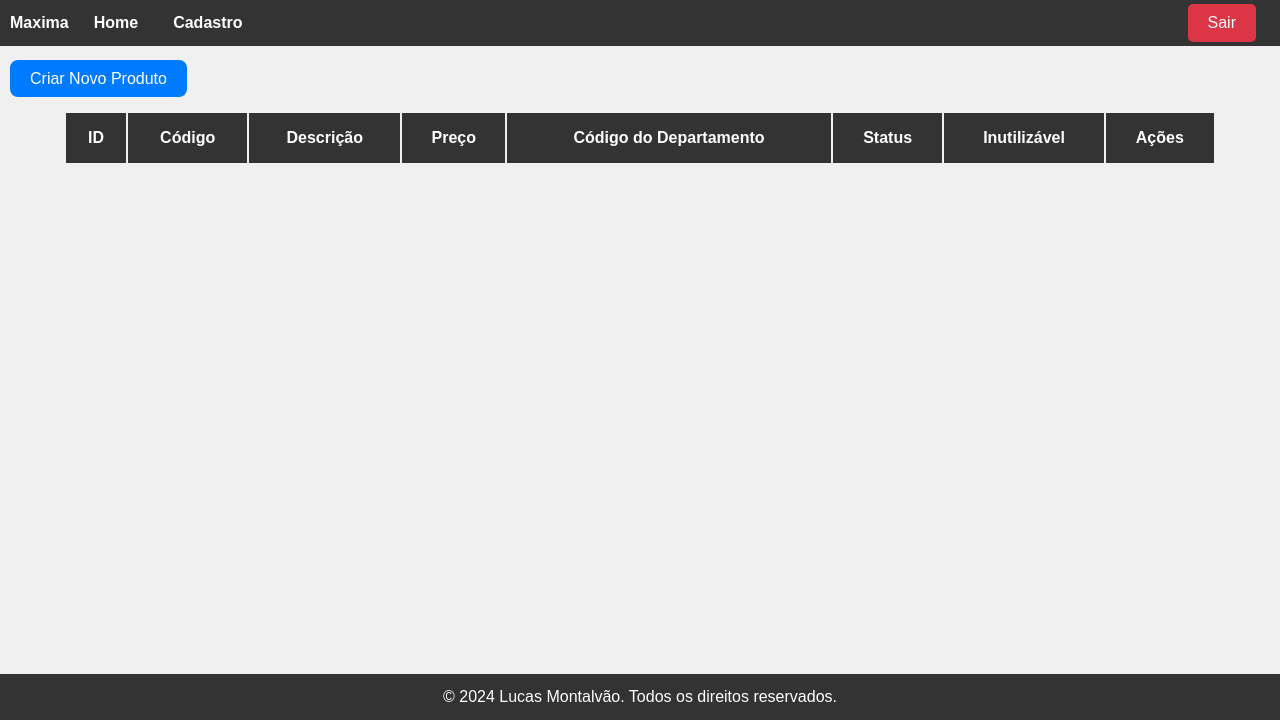
Repository: LucasMontalvao1/ProjetoMaxima
Page: /produto (app in AngularMaxima/)
An editor plug-in stored every save of this project. The page is shown before and after the next save, followed by the edit.
The browser window is 1280 px wide. The pictures show the whole page.
The page's requests for data from a server got no answer. The project was rebuilt for these pictures with package versions that can differ from the ones it lists, and the page was loaded fresh each time. No one was signed in, and anything a server would have sent is missing. Also part of the build but not shown: AngularMaxima/angular.json, AngularMaxima/src/app/pages/login/login.component.ts, AngularMaxima/src/app/pages/home/home.component.ts.

Above is the page before, as saved 2024-07-14 20:24:39.

### AngularMaxima/src/index.html
<!doctype html>
<html lang="en">
<head>
  <meta charset="utf-8">
  <title>AngularMaxima</title>
  <base href="/">
  <meta name="viewport" content="width=device-width, initial-scale=1">
  <link rel="icon" type="image/x-icon" href="favicon.ico">
</head>
<body>
  <app-root></app-root>
</body>
</html>

### AngularMaxima/src/styles.css
* {
  margin: 0;
  padding: 0;
  box-sizing: border-box;
}

body {
  font-family: Arial, sans-serif;
  background-color: #f0f0f0;
  font-size: 16px;
  line-height: 1.6;
}

.container {
  display: flex;
  flex-direction: column;
  justify-content: space-between;
  min-height: 100vh;
}

### AngularMaxima/src/app/app.module.ts
import { NgModule } from '@angular/core';
import { BrowserModule } from '@angular/platform-browser';

import { AppRoutingModule } from './app-routing.module';
import { AppComponent } from './app.component';
import { LoginComponent } from './pages/login/login.component';
import { ReactiveFormsModule } from '@angular/forms';
import { HttpClientModule } from '@angular/common/http';
import { AuthService } from './services/auth.service';
import { HomeComponent } from './pages/home/home.component';
import { MenuComponent } from './layout/menu/menu.component';
import { FooterComponent } from './layout/footer/footer.component';
import { ProdutosComponent } from './pages/produto/produto.component';

@NgModule({
  declarations: [
    AppComponent,
    LoginComponent,
    HomeComponent,
    MenuComponent,
    FooterComponent,
    ProdutosComponent,

  ],
  imports: [
    BrowserModule,
    AppRoutingModule,
    ReactiveFormsModule,
    HttpClientModule
  ],
  providers: [AuthService],
  bootstrap: [AppComponent]
})
export class AppModule { }

### AngularMaxima/src/app/app-routing.module.ts
import { NgModule } from '@angular/core';
import { RouterModule, Routes } from '@angular/router';
import { LoginComponent } from './pages/login/login.component';
import { HomeComponent } from './pages/home/home.component';
import { ProdutosComponent } from './pages/produto/produto.component';

const routes: Routes = [
  { path: '', redirectTo: '/login', pathMatch: 'full'},
  { path: 'login', component: LoginComponent},
  { path: 'home', component: HomeComponent},
  { path: 'produto', component: ProdutosComponent},
  { path: 'home', component: HomeComponent},
];

@NgModule({
  imports: [RouterModule.forRoot(routes)],
  exports: [RouterModule]
})
export class AppRoutingModule { }

### AngularMaxima/src/app/app.component.ts
import { Component } from '@angular/core';

@Component({
  selector: 'app-root',
  templateUrl: './app.component.html',
  styleUrls: ['./app.component.css']
})
export class AppComponent {
  title = 'AngularMaxima';
}

### AngularMaxima/src/app/services/auth.service.ts
import { Injectable } from '@angular/core';
import { HttpClient } from '@angular/common/http';
import { Observable } from 'rxjs';
import { environment } from '../../../src/environments/environment';
import { Router } from '@angular/router';

@Injectable({
  providedIn: 'root'
})
export class AuthService {

  private apiUrl = environment.apiUrl;

  constructor(private http: HttpClient, private router: Router) { }

  login(username: string, password: string): Observable<any> {
    const body = { username, password };
    return this.http.post<any>(`${this.apiUrl}/login`, body, { responseType: 'text' as 'json' });
  }

    logout() {
    this.router.navigate(['/login']);
    }
}

### AngularMaxima/src/app/layout/menu/menu.component.ts
import { Component } from '@angular/core';
import { AuthService } from '../../services/auth.service';

@Component({
  selector: 'app-menu',
  templateUrl: './menu.component.html',
  styleUrls: ['./menu.component.css']
})
export class MenuComponent {

  constructor(private authService: AuthService) {}

  logout() {
    this.authService.logout();
  }
}

### AngularMaxima/src/app/pages/produto/produto.component.ts
// produtos.component.ts

import { Component, OnInit } from '@angular/core';
import { Produto } from '../../models/produto.model';
import { ProdutoService } from '../../services/produto.service';

@Component({
  selector: 'app-produtos',
  templateUrl: './produto.component.html',
  styleUrls: ['./produto.component.css']
})
export class ProdutosComponent implements OnInit {
  produtos: Produto[] = []; // Inicializando a propriedade produtos como um array vazio

  constructor(private produtoService: ProdutoService) { }

  ngOnInit(): void {
    this.CarregarProdutos();
  }

  CarregarProdutos(): void {
    this.produtoService.getAllProdutos().subscribe(
      (data: Produto[]) => {
        this.produtos = data;
      },
      (error) => {
        console.error('Erro ao carregar produtos:', error);
      }
    );
  }

  buscarProdutoPorId(id: number): void {
    this.produtoService.getProdutoById(id).subscribe(
      (produto: Produto) => {
        console.log('Produto encontrado:', produto);
        // Aqui você pode implementar lógica para lidar com o produto encontrado
      },
      (error) => {
        console.error('Erro ao buscar produto por ID:', error);
      }
    );
  }


  criarProduto(): void {
    const novoProduto: Produto = {
      codigo: 'NovoCodigo',
      descricao: 'Nova Descrição',
      preco: 0,
      departamentoCodigo: '001',
      status: 0,
      inutilizavel: 0
    };

    this.produtoService.createProduto(novoProduto).subscribe(
      (response: Produto) => {
        console.log('Produto criado com sucesso:', response);
        this.CarregarProdutos(); // Recarrega a lista de produtos após criar um novo
      },
      (error) => {
        console.error('Erro ao criar produto:', error);
      }
    );
  }

  editarProduto(id: number): void {
    // Implemente conforme necessário, utilizando o serviço ProdutoService
    // Exemplo de uso: this.produtoService.updateProduto(id, produto).subscribe(...)
  }

  detalhesProduto(id: number): void {
    // Implemente conforme necessário, utilizando o serviço ProdutoService
    // Exemplo de uso: this.produtoService.getProdutoById(id).subscribe(...)
  }

  excluirProduto(id: number): void {
    if (confirm('Tem certeza que deseja apagar este produto?')) {
      this.produtoService.deleteProduto(id).subscribe(
        () => {
          console.log('Produto excluído com sucesso.');
          this.CarregarProdutos(); // Recarrega a lista de produtos após excluir um produto
        },
        (error) => {
          console.error('Erro ao apagar produto:', error);
        }
      );
    }
  }
}

### AngularMaxima/src/environments/environment.ts
export const environment = {
  production: false,
  apiUrl: 'https://localhost:7041'
};

### AngularMaxima/src/app/layout/menu/menu.component.html
<div class="menu-container">
  <nav class="menu">
    <ul>
      <li>Maxima</li>
      <li><a routerLink="/home">Home</a></li>
      <li class="cadastro">
        <a href="#">Cadastro</a>
        <div class="submenu">
          <a routerLink="/produto">Produtos</a>
          <a routerLink="/departamento">Departamentos</a>
        </div>
      </li>
    </ul>
  </nav>

  <div class="user-actions">
    <button class="logout-button" (click)="logout()">Sair</button>
  </div>
</div>

### AngularMaxima/src/app/layout/menu/menu.component.css
.menu {
  background-color: #333;
  color: white;
  padding: 10px;
  display: flex;
  justify-content: space-between;
  align-items: center;
  width: 100%;
}

.menu ul {
  list-style-type: none;
  display: flex;
}

.menu ul li {
  margin-right: 15px;
  position: relative;
  font-weight: bold;
}

.menu ul li a {
  color: white;
  text-decoration: none;
  font-weight: bold;
  padding: 10px;
  position: relative;
}

.menu ul li a:hover {
  text-decoration: underline;
}

.submenu {
  display: none;
  position: absolute;
  background-color: #333;
  padding: 10px;
  top: 100%; /* Posiciona o submenu abaixo do item de menu */
  left: 0;
  z-index: 1; /* Garante que o submenu apareça sobre outros elementos */
}

.menu ul li.cadastro:hover .submenu {
  display: block;
}

.user-actions {
  margin-left: auto;
}

.logout-button {
  background-color: #dc3545;
  color: white;
  border: none;
  padding: 10px 20px;
  border-radius: 5px;
  cursor: pointer;
  font-size: 1rem;
  margin: 4px;
}

.logout-button:hover {
  background-color: #c82333;
}

.header {
  position: fixed;
  top: 0;
  left: 0;
  width: 100%;
  background-color: #333;
  color: white;
  padding: 10px 20px;
  display: flex;
  justify-content: space-between;
  align-items: center;
}

.menu-container {
  display: flex;
  align-items: center;
}

.user-actions {
  position: absolute;
  top: 0;
  right: 20px;
}

### AngularMaxima/src/app/layout/footer/footer.component.html
<footer class="footer">
  <p>&copy; 2024 Lucas Montalvão. Todos os direitos reservados.</p>
</footer>

### AngularMaxima/src/app/layout/footer/footer.component.css
.footer {
  background-color: #333;
  color: white;
  text-align: center;
  padding: 10px 0;
  width: 100%;
  position: fixed;
  bottom: 0;
  left: 0;
  z-index: 1000;
}

### AngularMaxima/src/app/pages/produto/produto.component.html
<app-menu></app-menu>

<div class="btn-create-espaco">
    <p>
        <a routerLink="/produtos/create" class="btn btn-criar">Criar Novo Produto</a>
    </p>

<table class="table table-striped table-hover">
    <thead>
        <tr>
            <th>ID</th>
            <th>Código</th>
            <th>Descrição</th>
            <th>Preço</th>
            <th>Código do Departamento</th>
            <th>Status</th>
            <th>Inutilizável</th>
            <th>Ações</th>
        </tr>
    </thead>
    <tbody>
        <tr *ngFor="let produto of produtos">
            <td>{{ produto.id }}</td>
            <td>{{ produto.codigo }}</td>
            <td>{{ produto.descricao }}</td>
            <td>{{ produto.preco | currency }}</td>
            <td>{{ produto.departamentoCodigo }}</td>
            <td>{{ produto.status }}</td>
            <td>{{ produto.inutilizavel }}</td>
            <td>
                <a routerLink="/produto/edit/{{ produto.id }}" class="btn btn-primary">Editar</a>
                <a routerLink="/produto/details/{{ produto.id }}" class="btn btn-primary">Detalhes</a>
                <button (click)="(produto.id)" class="btn btn-danger">Apagar</button>
            </td>
        </tr>
    </tbody>
</table>
</div>
<app-footer></app-footer>

### AngularMaxima/src/app/pages/produto/produto.component.css
.table {
  width: 90%;
  margin: 20px auto;
}

.table th, .table td {
  text-align: center;
  padding: 12px;
}

.table th {
  background-color: #333;
  color: white;
  font-size: 16px;
  font-weight: bold;
}

.table td {
  background-color: #f8f9fa;
}

.table .btn {
  border-radius: 8px; /* Borda arredondada */
  margin-right: 15px;
  padding: 10px 16px; /* Aumenta o padding para deixar os botões maiores */
  cursor: pointer; /* Define o cursor como ponteiro para indicar que é clicável */
}

.table .btn-primary {
  background-color: #007BFF; /* Cor azul para os botões "Editar" e "Detalhes" */
  color: white;
}

.table .btn-primary:hover {
  background-color: #0056b3; /* Cor mais escura ao passar o mouse */
}

.table .btn-danger {
  background-color: #dc3545; /* Cor vermelha para o botão "Apagar" */
  color: white;
}

.table .btn-danger:hover {
  background-color: #c82333; /* Cor mais escura ao passar o mouse */
}

.btn-criar {
  background-color: #007BFF; /* Cor azul para o botão "Criar Novo Produto" */
  color: white;
  border: none;
  padding: 10px 20px;
  border-radius: 8px;
  cursor: pointer;
  text-decoration: none; /* Remove sublinhado padrão para links */
  margin: 10px; /* Espaçamento ao redor do botão */
}

.btn-criar:hover {
  background-color: #0056b3; /* Cor mais escura ao passar o mouse */
}

.btn-create-espaco {
  margin-top: 20px;
}

### AngularMaxima/src/app/services/produto.service.ts
import { Injectable } from '@angular/core';
import { HttpClient } from '@angular/common/http';
import { Observable } from 'rxjs';
import { environment } from '../../../src/environments/environment';
import { Router } from '@angular/router';
import { Produto } from '../models/produto.model';

@Injectable({
  providedIn: 'root'
})
export class ProdutoService {

  private apiUrl = environment.apiUrl;

  constructor(private http: HttpClient, private router: Router) { }

  getAllProdutos(): Observable<Produto[]> {
    return this.http.get<Produto[]>(`${this.apiUrl}/produto`);
  }

  getProdutoById(id: number): Observable<Produto> {
    return this.http.get<Produto>(`${this.apiUrl}/produtos/${id}`);
  }

  createProduto(produto: Produto): Observable<Produto> {
    return this.http.post<Produto>(`${this.apiUrl}/produtos`, produto);
  }

  updateProduto(id: number, produto: Produto): Observable<Produto> {
    return this.http.put<Produto>(`${this.apiUrl}/produtos/${id}`, produto);
  }

  deleteProduto(id: number): Observable<any> {
    return this.http.delete<any>(`${this.apiUrl}/produtos/${id}`);
  }
}

Loaded but not shown: AngularMaxima/src/main.ts (common file); AngularMaxima/src/app/layout/footer/footer.component.ts (common file); AngularMaxima/src/app/app.component.html (common file); AngularMaxima/src/app/app.component.css (no stored copy; drawn as an empty file)

After the next save:
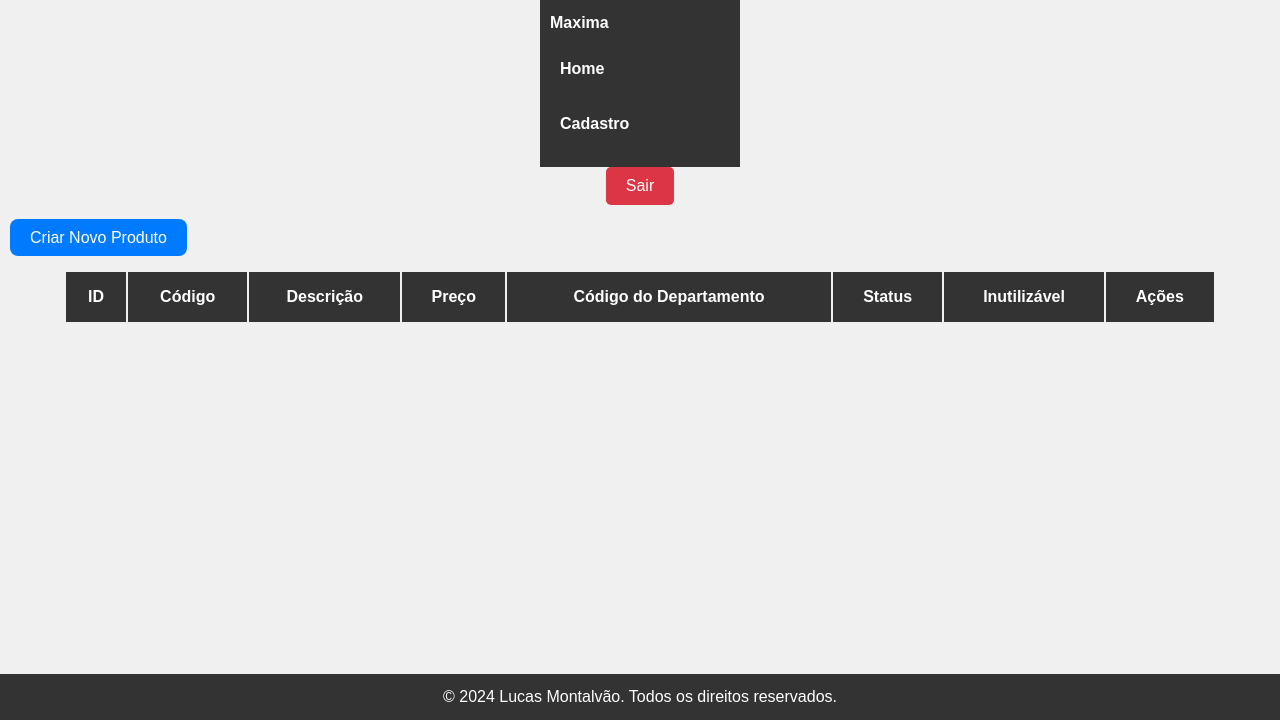
Saved 27 s later.
--- a/AngularMaxima/src/app/layout/menu/menu.component.css
+++ b/AngularMaxima/src/app/layout/menu/menu.component.css
@@ -2,29 +2,24 @@
   background-color: #333;
   color: white;
   padding: 10px;
-  display: flex;
-  justify-content: space-between;
-  align-items: center;
-  width: 100%;
+  width: 200px; /* largura do menu */
 }
 
 .menu ul {
   list-style-type: none;
-  display: flex;
+  padding: 0;
 }
 
 .menu ul li {
-  margin-right: 15px;
-  position: relative;
+  margin-bottom: 10px; /* espaçamento entre os itens do menu */
   font-weight: bold;
 }
 
 .menu ul li a {
+  display: block;
   color: white;
   text-decoration: none;
-  font-weight: bold;
   padding: 10px;
-  position: relative;
 }
 
 .menu ul li a:hover {
@@ -36,9 +31,9 @@
   position: absolute;
   background-color: #333;
   padding: 10px;
-  top: 100%; /* Posiciona o submenu abaixo do item de menu */
-  left: 0;
-  z-index: 1; /* Garante que o submenu apareça sobre outros elementos */
+  top: 0;
+  left: 100%; /* posiciona o submenu à direita do item de menu pai */
+  z-index: 1;
 }
 
 .menu ul li.cadastro:hover .submenu {
@@ -46,7 +41,7 @@
 }
 
 .user-actions {
-  margin-left: auto;
+  margin-top: 10px; /* espaçamento acima do botão Sair */
 }
 
 .logout-button {
@@ -57,7 +52,6 @@
   border-radius: 5px;
   cursor: pointer;
   font-size: 1rem;
-  margin: 4px;
 }
 
 .logout-button:hover {
@@ -68,10 +62,10 @@
   position: fixed;
   top: 0;
   left: 0;
-  width: 100%;
+  width: 200px; /* largura do menu */
   background-color: #333;
   color: white;
-  padding: 10px 20px;
+  padding: 10px;
   display: flex;
   justify-content: space-between;
   align-items: center;
@@ -79,11 +73,9 @@
 
 .menu-container {
   display: flex;
+  flex-direction: column; /* torna o menu vertical */
   align-items: center;
 }
 
 .user-actions {
-  position: absolute;
-  top: 0;
-  right: 20px;
-}
+  margin-top: auto; /* alinha o botão Sair ao final do menu *

After the 2 saves that followed:
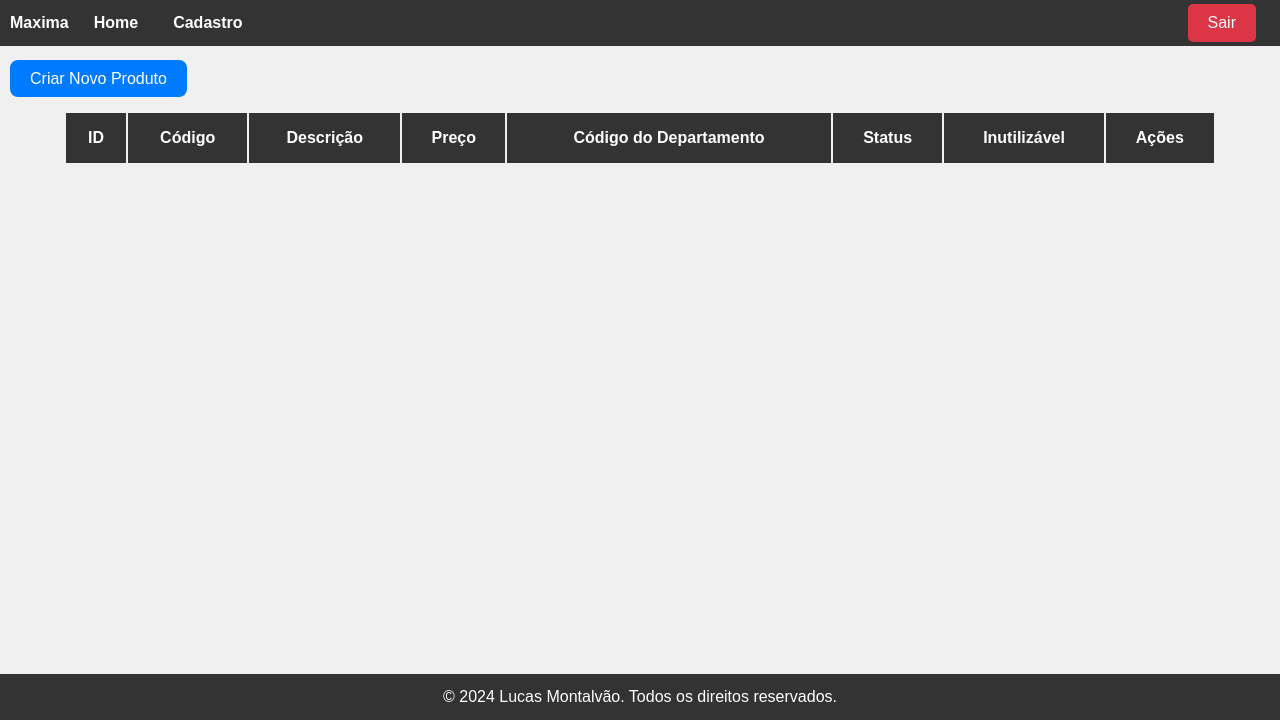
The 2 saves are shown as one change because 1 left the picture as it was.
The last was saved 29 s later.
--- a/AngularMaxima/src/app/layout/menu/menu.component.css
+++ b/AngularMaxima/src/app/layout/menu/menu.component.css
@@ -2,24 +2,29 @@
   background-color: #333;
   color: white;
   padding: 10px;
-  width: 200px; /* largura do menu */
+  display: flex;
+  justify-content: space-between;
+  align-items: center;
+  width: 100%;
 }
 
 .menu ul {
   list-style-type: none;
-  padding: 0;
+  display: flex;
 }
 
 .menu ul li {
-  margin-bottom: 10px; /* espaçamento entre os itens do menu */
+  margin-right: 15px;
+  position: relative;
   font-weight: bold;
 }
 
 .menu ul li a {
-  display: block;
   color: white;
   text-decoration: none;
+  font-weight: bold;
   padding: 10px;
+  position: relative;
 }
 
 .menu ul li a:hover {
@@ -31,9 +36,9 @@
   position: absolute;
   background-color: #333;
   padding: 10px;
-  top: 0;
-  left: 100%; /* posiciona o submenu à direita do item de menu pai */
-  z-index: 1;
+  top: 100%; /* Posiciona o submenu abaixo do item de menu */
+  left: 0;
+  z-index: 1; /* Garante que o submenu apareça sobre outros elementos */
 }
 
 .menu ul li.cadastro:hover .submenu {
@@ -41,7 +46,7 @@
 }
 
 .user-actions {
-  margin-top: 10px; /* espaçamento acima do botão Sair */
+  margin-left: auto;
 }
 
 .logout-button {
@@ -52,6 +57,7 @@
   border-radius: 5px;
   cursor: pointer;
   font-size: 1rem;
+  margin: 4px;
 }
 
 .logout-button:hover {
@@ -62,10 +68,10 @@
   position: fixed;
   top: 0;
   left: 0;
-  width: 200px; /* largura do menu */
+  width: 100%;
   background-color: #333;
   color: white;
-  padding: 10px;
+  padding: 10px 20px;
   display: flex;
   justify-content: space-between;
   align-items: center;
@@ -73,9 +79,11 @@
 
 .menu-container {
   display: flex;
-  flex-direction: column; /* torna o menu vertical */
   align-items: center;
 }
 
 .user-actions {
-  margin-top: auto; /* alinha o botão Sair ao final do menu *
+  position: absolute;
+  top: 0;
+  right: 20px;
+}
